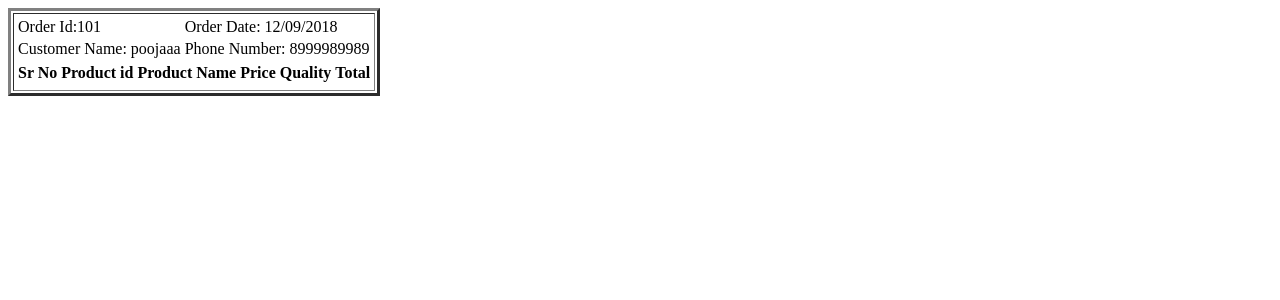
Repository: poojagupta18/Practice-Java
Page: http://localhost/OnlineShopping/getAllOrderByUserName.jsp
The author's editor kept a copy of each file at every save. The page is drawn from the files as they stood at one save, then again after the next save.
The browser window is 1280 px wide. The pictures show the whole page.
The page is served by Tomcat 9. Other server files are loaded and not shown.

Above is the page before, as saved 2019-11-28 16:00:12.

### java Training/java/OnlineShopping/OnlineShopping/WebContent/getAllOrderByUserName.jsp
<%@ page language="java" contentType="text/html; charset=ISO-8859-1"
	pageEncoding="ISO-8859-1"%>
<%@ taglib prefix="c" uri="http://java.sun.com/jsp/jstl/core"%>
<%@ taglib prefix="fmt" uri="http://java.sun.com/jsp/jstl/fmt"%>

<!DOCTYPE html>
<html>
<head>
<meta charset="ISO-8859-1">
<title>Insert title here</title>
</head>
<body>
	<table border=3>
		<tr>
			<td>
				<table border=0>
					<tr>
						<td>Order Id:101</td>
						<td>Order Date: 12/09/2018</td>
					</tr>
					<tr>
						<td>Customer Name: poojaaa</td>
						<td>Phone Number: 8999989989</td>
					</tr>
				</table>

				<table>
					<tr>
						<th>Sr No</th>
						<th>Product id</th>
						<th>Product Name</th>
						<th>Price</th>
						<th>Quality</th>
						<th>Total</th>
					</tr>
					<tr>
						<td></td>
					</tr>
				</table>
			</td>
		</tr>

	</table>
</body>
</html>

After the next save:
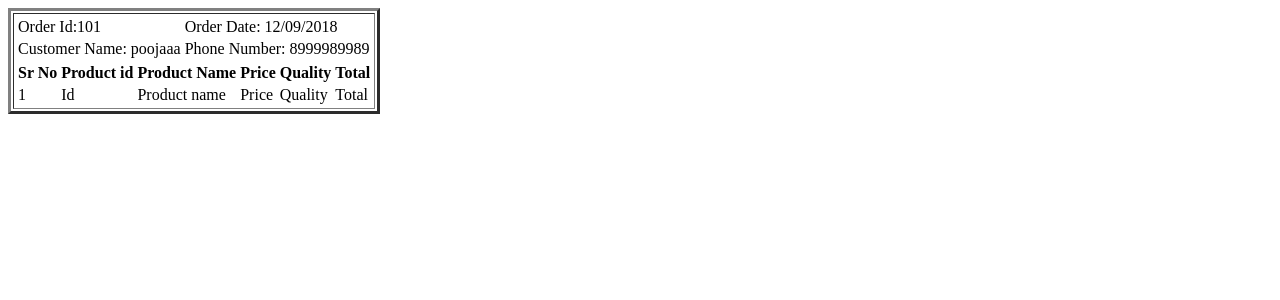
Saved 2 min 11 s later.
--- a/java Training/java/OnlineShopping/OnlineShopping/WebContent/getAllOrderByUserName.jsp
+++ b/java Training/java/OnlineShopping/OnlineShopping/WebContent/getAllOrderByUserName.jsp
@@ -34,7 +34,12 @@
 						<th>Total</th>
 					</tr>
 					<tr>
-						<td></td>
+						<td>1</td>
+						<td>Id</td>
+						<td>Product name</td>
+						<td>Price</td>
+						<td>Quality</td>
+						<td>Total</td>
 					</tr>
 				</table>
 			</td>
